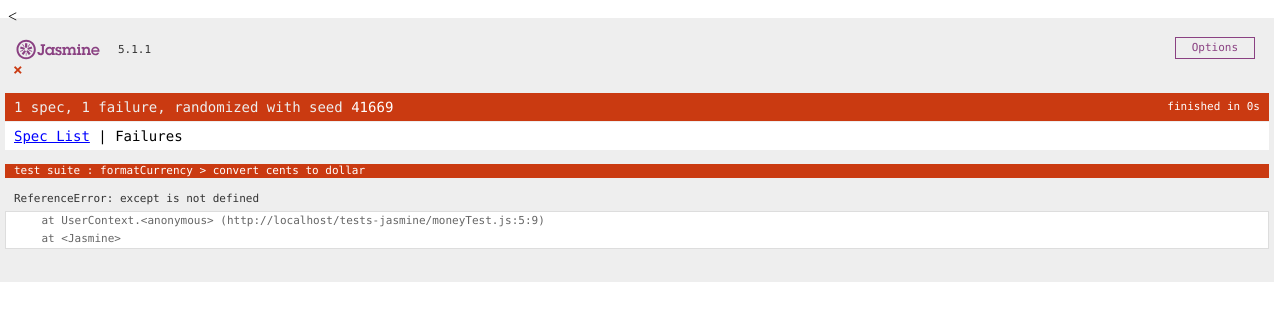
Repository: Gaurav124937/Javascirpt-amazon-clone
Page: tests-jasmine/tests.html
An editor plug-in stored every save of this project. The page is shown before and after the next save, followed by the edit.
The browser window is 1280 px wide. The pictures show the whole page.

Above is the page before, as saved 2026-10-13 22:14:00.

After the next save:
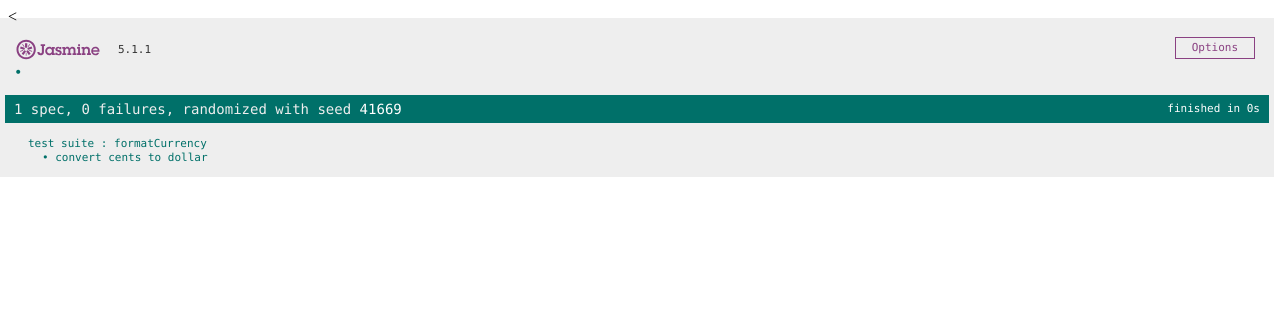
Saved 2 min 16 s later.
--- a/tests-jasmine/moneyTest.js
+++ b/tests-jasmine/moneyTest.js
@@ -2,6 +2,6 @@
 
 describe('test suite : formatCurrency',()=>{
     it('convert cents to dollar',()=>{
-        except(formatCurrency(2095)).toEqual('20.95');
+        expect(formatCurrency(2095)).toEqual('20.95');
     });
 });
